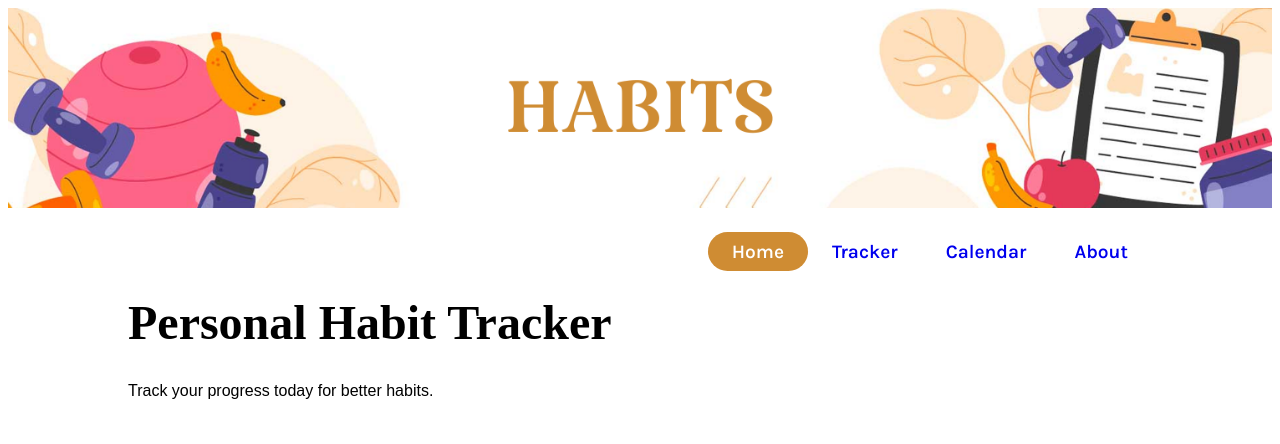
Repository: SandyLy453/habit-tracker
Page: http://localhost/
These files come from the project's save history. The page is drawn as it stood at one moment and after the next save; the edit follows.
The browser window is 1280 px wide. The pictures show the whole page.
The page is served by the project's Node server (server.js).

Above is the page before, as saved 2025-03-14 19:05:42.

After the next save:
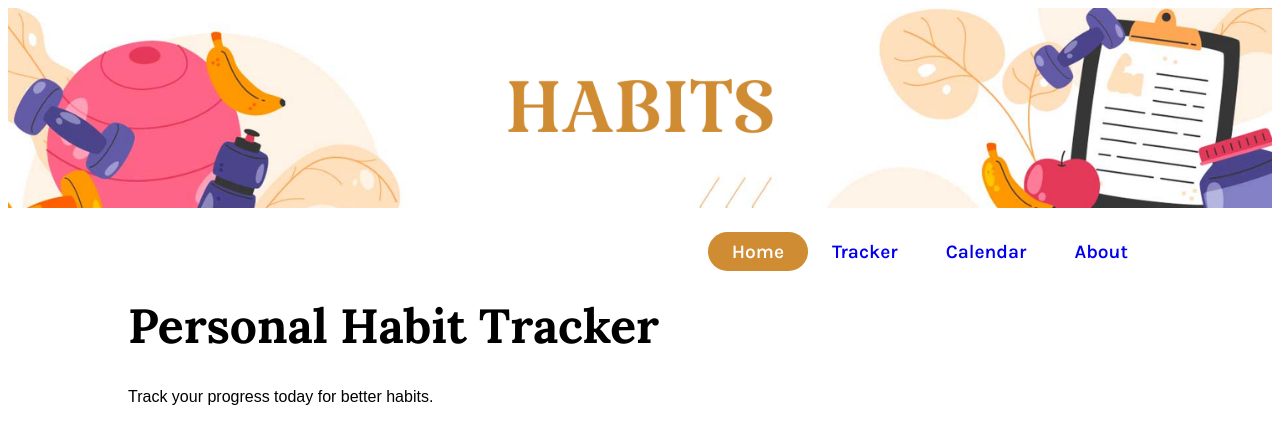
Saved 16 s later.
--- a/public/styles.css
+++ b/public/styles.css
@@ -1,6 +1,6 @@
 :root {
     --header-font: "Karla", sans-serif;
-    --heading-font: "Katibeh", serif;
+    --heading-font: "Lora", serif;
 
     --font-styles-bold: 600;
     --font-styles-light:300;
